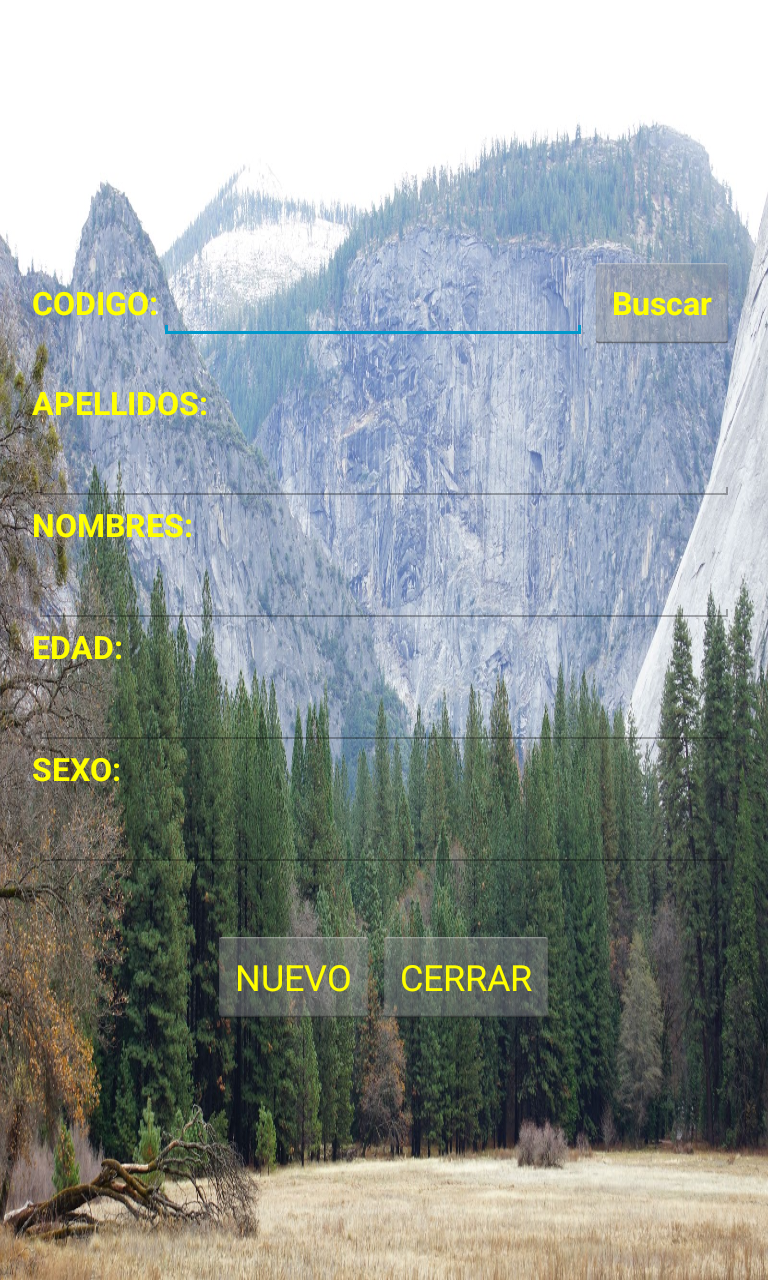
Repository: sherildyasmin06/MantenimientoconSQLite
Layout: Sqllite01/res/layout/activity_busqueda.xml
An editor plug-in stored every save of this project. The layout is shown before and after the next save, followed by the edit.
It is drawn on a 768 x 1280 px phone screen (xhdpi) without system bars, with theme AppTheme; the app's code is not run.

Above is the layout before, as saved 2017-11-08 23:21:21.

### Sqllite01/res/layout/activity_busqueda.xml
<RelativeLayout xmlns:android="http://schemas.android.com/apk/res/android"
    xmlns:tools="http://schemas.android.com/tools"
    android:layout_width="match_parent"
    android:layout_height="match_parent"
    android:background="@drawable/fondo02"
    android:gravity="center_vertical"
    android:paddingBottom="@dimen/activity_vertical_margin"
    android:paddingLeft="@dimen/activity_horizontal_margin"
    android:paddingRight="@dimen/activity_horizontal_margin"
    android:paddingTop="@dimen/activity_vertical_margin"
    tools:context=".Busqueda" >

    <LinearLayout
        android:id="@+id/linearLayout1"
        android:layout_width="match_parent"
        android:layout_height="wrap_content"
        android:layout_alignParentTop="true"
        android:layout_centerHorizontal="true" >

        <TextView
            android:id="@+id/textView1"
            android:layout_width="wrap_content"
            android:layout_height="wrap_content"
            android:text="@string/tcodigo"
            android:textColor="#ffff00"
            android:textSize="16sp"
            android:textStyle="bold" />

        <EditText
            android:id="@+id/txtbuscodigo"
            android:layout_width="94dp"
            android:layout_height="wrap_content"
            android:layout_weight="0.67"
            android:ems="10" >

            <requestFocus />
        </EditText>

        <Button
            android:id="@+id/btnbusqueda"
            android:layout_width="wrap_content"
            android:layout_height="wrap_content"
            android:text="@string/bbuscar"
            android:textColor="#ffff00"
            android:textSize="16sp"
            android:textStyle="bold" />
    </LinearLayout>

    <LinearLayout
        android:id="@+id/linearLayout2"
        android:layout_width="match_parent"
        android:layout_height="wrap_content"
        android:layout_alignLeft="@+id/linearLayout1"
        android:layout_below="@+id/linearLayout1"
        android:layout_marginTop="15dp"
        android:orientation="vertical" >

        <TextView
            android:id="@+id/textView2"
            android:layout_width="wrap_content"
            android:layout_height="wrap_content"
            android:text="@string/tapellidos"
            android:textColor="#ffff00"
            android:textSize="16sp"
            android:textStyle="bold" />

        <EditText
            android:id="@+id/txtbusape"
            android:layout_width="match_parent"
            android:layout_height="wrap_content"
            android:ems="10" />

        <TextView
            android:id="@+id/textView3"
            android:layout_width="wrap_content"
            android:layout_height="wrap_content"
            android:text="@string/tnombres"
            android:textColor="#ffff00"
            android:textSize="16sp"
            android:textStyle="bold" />

        <EditText
            android:id="@+id/txtbusnom"
            android:layout_width="match_parent"
            android:layout_height="wrap_content"
            android:ems="10" />

        <TextView
            android:id="@+id/textView4"
            android:layout_width="wrap_content"
            android:layout_height="wrap_content"
            android:text="@string/tedad"
            android:textColor="#ffff00"
            android:textSize="16sp"
            android:textStyle="bold" />

        <EditText
            android:id="@+id/txtbusedad"
            android:layout_width="match_parent"
            android:layout_height="wrap_content"
            android:ems="10" />

        <TextView
            android:id="@+id/textView5"
            android:layout_width="wrap_content"
            android:layout_height="wrap_content"
            android:text="@string/tsexo"
            android:textColor="#ffff00"
            android:textSize="16sp"
            android:textStyle="bold" />

        <EditText
            android:id="@+id/txtbussexo"
            android:layout_width="match_parent"
            android:layout_height="wrap_content"
            android:ems="10" />
    </LinearLayout>

    <LinearLayout
        android:layout_width="wrap_content"
        android:layout_height="wrap_content"
        android:layout_below="@+id/linearLayout2"
        android:layout_centerHorizontal="true"
        android:layout_marginTop="30dp" >

        <Button
            android:id="@+id/btnnuevobus"
            android:layout_width="wrap_content"
            android:layout_height="wrap_content"
            android:text="NUEVO"
            android:textColor="#ffff00" />

        <Button
            android:id="@+id/btncerrarbus"
            android:layout_width="wrap_content"
            android:layout_height="wrap_content"
            android:text="CERRAR"
            android:textColor="#ffff00" />

    </LinearLayout>

</RelativeLayout>

### Sqllite01/res/values/strings.xml
<?xml version="1.0" encoding="utf-8"?>
<resources>

    <string name="app_name">Mantenimiento</string>
    <string name="action_settings">Settings</string>
    <string name="hello_world">Hello world!</string>
    <string name="title_activity_ingreso">Ingreso de Alumnos</string>
    <string name="tcodigo">CODIGO:</string>
    <string name="tapellidos">APELLIDOS:</string>
    <string name="tnombres">NOMBRES:</string>
    <string name="tedad">EDAD:</string>
    <string name="tsexo">SEXO:</string>
    <string name="title_activity_listado">Listado de Datos</string>
    <string name="bcerrar">CERRAR:</string>
    <string name="title_activity_busqueda">Busqueda de datos</string>
    <string name="bbuscar">Buscar</string>

</resources>

Loaded but not shown: Sqllite01/res/values/styles.xml (common file); Sqllite01/res/values-v11/styles.xml (common file); Sqllite01/res/values-v14/styles.xml (common file); Sqllite01/res/values/dimens.xml (common file)

After the next save:
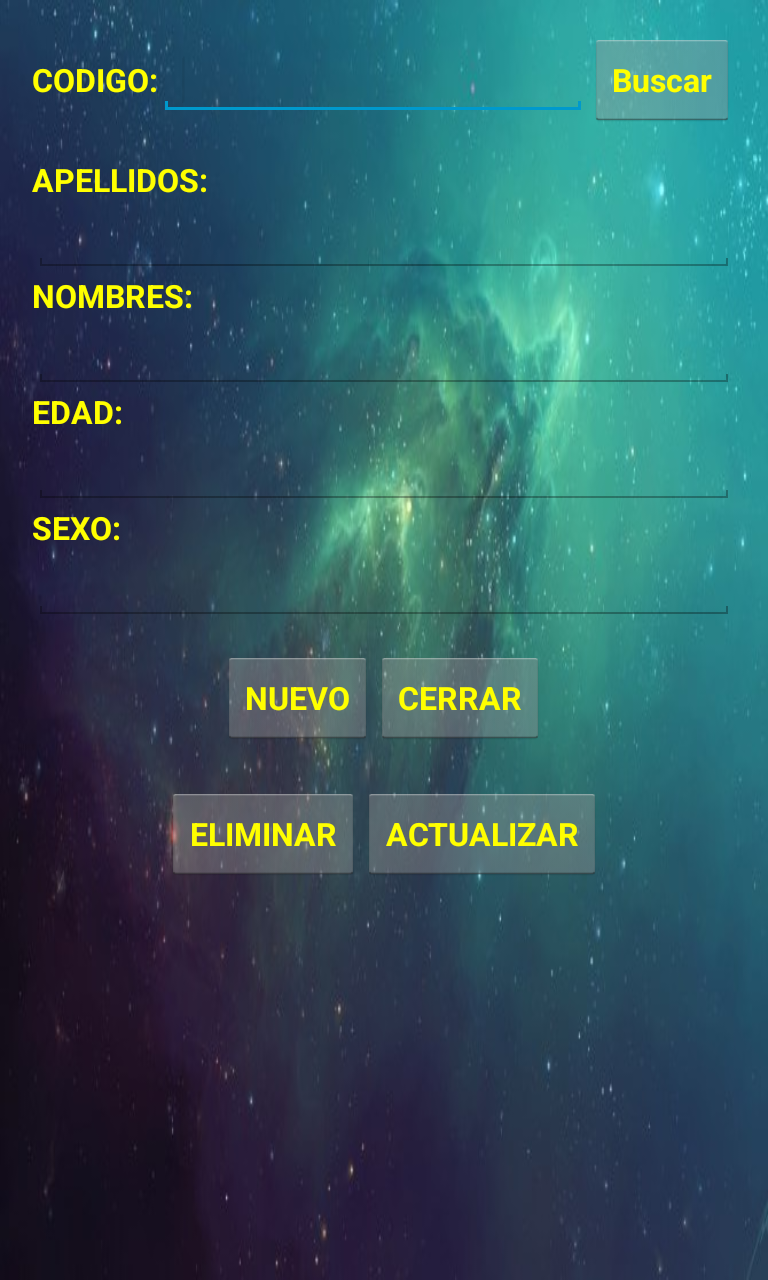
Saved 14 min 30 s later.
--- a/Sqllite01/res/layout/activity_busqueda.xml
+++ b/Sqllite01/res/layout/activity_busqueda.xml
@@ -2,8 +2,8 @@
     xmlns:tools="http://schemas.android.com/tools"
     android:layout_width="match_parent"
     android:layout_height="match_parent"
-    android:background="@drawable/fondo02"
-    android:gravity="center_vertical"
+    android:background="@drawable/fondo03"
+    android:gravity="center_horizontal"
     android:paddingBottom="@dimen/activity_vertical_margin"
     android:paddingLeft="@dimen/activity_horizontal_margin"
     android:paddingRight="@dimen/activity_horizontal_margin"
@@ -31,7 +31,8 @@
             android:layout_width="94dp"
             android:layout_height="wrap_content"
             android:layout_weight="0.67"
-            android:ems="10" >
+            android:ems="10"
+            android:textSize="16sp" >
 
             <requestFocus />
         </EditText>
@@ -68,7 +69,8 @@
             android:id="@+id/txtbusape"
             android:layout_width="match_parent"
             android:layout_height="wrap_content"
-            android:ems="10" />
+            android:ems="10"
+            android:textSize="16sp" />
 
         <TextView
             android:id="@+id/textView3"
@@ -83,7 +85,8 @@
             android:id="@+id/txtbusnom"
             android:layout_width="match_parent"
             android:layout_height="wrap_content"
-            android:ems="10" />
+            android:ems="10"
+            android:textSize="16sp" />
 
         <TextView
             android:id="@+id/textView4"
@@ -98,7 +101,8 @@
             android:id="@+id/txtbusedad"
             android:layout_width="match_parent"
             android:layout_height="wrap_content"
-            android:ems="10" />
+            android:ems="10"
+            android:textSize="16sp" />
 
         <TextView
             android:id="@+id/textView5"
@@ -113,29 +117,62 @@
             android:id="@+id/txtbussexo"
             android:layout_width="match_parent"
             android:layout_height="wrap_content"
-            android:ems="10" />
+            android:ems="10"
+            android:textSize="16sp" />
+
     </LinearLayout>
 
     <LinearLayout
+        android:id="@+id/linearLayout3"
         android:layout_width="wrap_content"
         android:layout_height="wrap_content"
         android:layout_below="@+id/linearLayout2"
         android:layout_centerHorizontal="true"
-        android:layout_marginTop="30dp" >
+        android:layout_marginTop="14dp" >
 
         <Button
             android:id="@+id/btnnuevobus"
             android:layout_width="wrap_content"
             android:layout_height="wrap_content"
             android:text="NUEVO"
-            android:textColor="#ffff00" />
+            android:textColor="#ffff00"
+            android:textSize="16sp"
+            android:textStyle="bold" />
 
         <Button
             android:id="@+id/btncerrarbus"
             android:layout_width="wrap_content"
             android:layout_height="wrap_content"
             android:text="CERRAR"
-            android:textColor="#ffff00" />
+            android:textColor="#ffff00"
+            android:textSize="16sp"
+            android:textStyle="bold" />
+    </LinearLayout>
+
+    <LinearLayout
+        android:layout_width="wrap_content"
+        android:layout_height="match_parent"
+        android:layout_below="@+id/linearLayout3"
+        android:layout_centerHorizontal="true"
+        android:layout_marginTop="20dp" >
+
+        <Button
+            android:id="@+id/button1"
+            android:layout_width="wrap_content"
+            android:layout_height="wrap_content"
+            android:text="ELIMINAR"
+            android:textColor="#ffff00"
+            android:textSize="16sp"
+            android:textStyle="bold" />
+
+        <Button
+            android:id="@+id/button2"
+            android:layout_width="wrap_content"
+            android:layout_height="wrap_content"
+            android:text="ACTUALIZAR"
+            android:textColor="#ffff00"
+            android:textSize="16sp"
+            android:textStyle="bold" />
 
     </LinearLayout>
 
